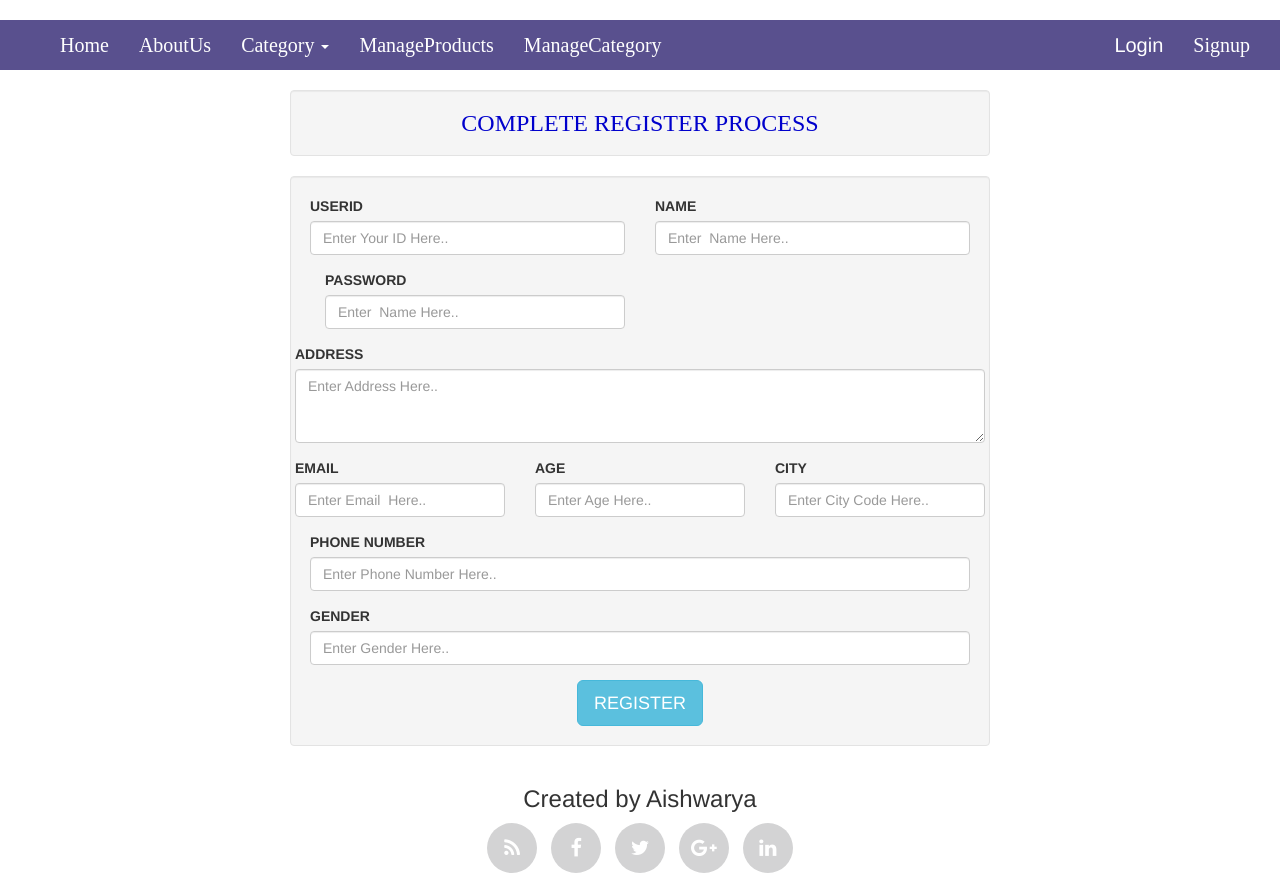
Repository: qwertuy/DTPROGRAMSPROJECTS
Page: http://localhost/Ecommerce/WEB-INF/views/registerpage.jsp
The author's editor kept a copy of each file at every save. The page is drawn from the files as they stood at one save, then again after the next save.
The browser window is 1280 px wide. The pictures show the whole page.
Some web libraries are served in a nearby version. The page is served by Tomcat 9. Nobody is signed in. Other server files are loaded and not shown. The template is opened directly, without the code that normally fills it, so the values that code supplies are empty.

Above is the page before, as saved 2018-03-18 09:33:33.
Console error: SyntaxError: Unexpected token '{'

### Ecommerce/src/main/webapp/WEB-INF/views/registerpage.jsp
<%@ page language="java" contentType="text/html; charset=ISO-8859-1"
    pageEncoding="ISO-8859-1"%>
    <%@ taglib uri="http://www.springframework.org/tags/form" prefix="form"%>
<%@ taglib uri="http://java.sun.com/jsp/jstl/core" prefix="c"%>
<!DOCTYPE html PUBLIC "-//W3C//DTD HTML 4.01 Transitional//EN" "http://www.w3.org/TR/html4/loose.dtd">
<html>
<head>
<meta http-equiv="Content-Type" content="text/html; charset=ISO-8859-1">
<title>Insert title here</title>
<!-- To Access the Bootstrap link -->
<link rel="stylesheet" href="https://maxcdn.bootstrapcdn.com/bootstrap/3.3.7/css/bootstrap.min.css">
<script src="https://ajax.googleapis.com/ajax/libs/jquery/3.2.1/jquery.min.js"></script>
<script src="https://maxcdn.bootstrapcdn.com/bootstrap/3.3.7/js/bootstrap.min.js"></script>
<link href="//maxcdn.bootstrapcdn.com/font-awesome/4.1.0/css/font-awesome.min.css" rel="stylesheet">
<link href=".resources/css/registerpage.css" rel="stylesheet"/>
<style type="text/css">
  .backgroundclr
  {
    background-color: #1a0000;
  }
</style>
</head>
<body>
<jsp:include page="header.jsp"></jsp:include>
<!-- Registration form here -->
<div class="container">
    <center><h3 class="well" style="font-family: Copperplate Gothic;font-style: bold;color:#0000cc">COMPLETE REGISTER PROCESS</h3></center>
	<div class="col-lg-12 well">
	<div class="row">
			<form  action="registerpage" method="post">
					<div class="col-sm-12">
						<div class="row">
							<div class="col-sm-6 form-group">
								<label>USERID</label>
								<input type="text" placeholder="Enter Your ID Here.." class="form-control" pattern="[0-9]+" required name="userid">
							</div>
							<div class="col-sm-6 form-group">
								<label>NAME</label>
								<input type="text" placeholder="Enter  Name Here.." class="form-control" pattern="^[a-zA-Z][a-zA-Z0-9-_\.]{1,20}$" required name="username">
							</div>
						</div>
						<div class="col-sm-6 form-group">
								<label>PASSWORD</label>
								<input type="text" placeholder="Enter  Name Here.." class="form-control"  pattern="[A-Za-z]+" required name="userpass">
							</div>
						</div>
						<div class="form-group">
							<label>ADDRESS</label>
							<textarea placeholder="Enter Address Here.." rows="3" class="form-control" pattern="^[a-zA-Z][a-zA-Z0-9-_\.]{1,20}$" required name="useraddress"></textarea>
						</div>
						<div class="row">
							<div class="col-sm-4 form-group">
								<label>EMAIL</label>
								<input type="text" placeholder="Enter Email  Here.." class="form-control" pattern="[a-z0-9._%+-]+@[a-z0-9.-]+\.[a-z]{2,4}$" required name="usermail">
							</div>
							<div class="col-sm-4 form-group">
								<label>AGE</label>
								<input type="text" placeholder="Enter Age Here.." class="form-control" required name="userage">
							</div>
							<div class="col-sm-4 form-group">
								<label>CITY</label>
								<input type="text" placeholder="Enter City Code Here.." class="form-control" pattern="^[a-zA-Z][a-zA-Z0-9-_\.]{1,20}$" required name="usercity">
							</div>
						</div>


						</div>
					<div class="form-group">
						<label>PHONE NUMBER</label>
						<input type="text" placeholder="Enter Phone Number Here.." class="form-control" pattern="^\{10}$" required name="userphone">
					</div>

					<div class="form-group">
						<label>GENDER</label>
						<input type="text" placeholder="Enter Gender Here.."  class="form-control" pattern="^[a-zA-Z][a-zA-Z0-9-_\.]{1,20}$" required name="usergen">

					</div>

					<center>
					<input type="submit" class="btn btn-lg btn-info" value="REGISTER"></input>	</center>
					</div>
				</form>
				</div>
	</div>
	 <!-- Footer of the webpages -->

 <jsp:include page="footer.jsp"></jsp:include>

	</div>
</body>
</html>

### Ecommerce/src/main/webapp/WEB-INF/views/header.jsp
<%@ page language="java" contentType="text/html; charset=ISO-8859-1"
    pageEncoding="ISO-8859-1"%>
    <%@ taglib prefix = "c" uri = "http://java.sun.com/jsp/jstl/core" %>
<!DOCTYPE html PUBLIC "-//W3C//DTD HTML 4.01 Transitional//EN" "http://www.w3.org/TR/html4/loose.dtd">
<html>
<head>
<meta http-equiv="Content-Type" content="text/html; charset=ISO-8859-1">
<title>BOHEMIAN</title>
 <link rel="stylesheet" href="https://maxcdn.bootstrapcdn.com/bootstrap/3.3.7/css/bootstrap.min.css">
  <script src="https://ajax.googleapis.com/ajax/libs/jquery/3.2.1/jquery.min.js"></script>
  <script src="https://maxcdn.bootstrapcdn.com/bootstrap/3.3.7/js/bootstrap.min.js"></script>
  <link href="//maxcdn.bootstrapcdn.com/font-awesome/4.1.0/css/font-awesome.min.css" rel="stylesheet">

<style type="text/css">
  .backgroundclr
  {
    background-color: #59508e;
  }
</style>

<!-- datatable -->
<link rel="stylesheet" href="https://maxcdn.bootstrapcdn.com/bootstrap/3.3.7/css/bootstrap.min.css" integrity="sha384-BVYiiSIFeK1dGmJRAkycuHAHRg32OmUcww7on3RYdg4Va+PmSTsz/K68vbdEjh4u" crossorigin="anonymous">

<link rel="stylesheet" type="text/css" href="./resources/css/dataTables.bootstrap.min.css"/>

<link rel="stylesheet" type="text/css" href="./resources/css/ss.css"/>


<link rel="stylesheet" type="text/css" href="./resources/css/datatables.css"/>


<link rel="stylesheet" type="text/css" href="./resources/css/datatables.min.css"/>

<script
  src="https://code.jquery.com/jquery-3.2.1.min.js"
  integrity="sha256-hwg4gsxgFZhOsEEamdOYGBf13FyQuiTwlAQgxVSNgt4="
  crossorigin="anonymous"></script>
  <script type="text/javascript" src="./resources/js/jquery.dataTables.min.js"></script>
<script type="text/javascript" src="./resources/js/dataTables.bootstrap.min.css"></script>

<script type="text/javascript">
$(document).ready(function(){
    $('.table').DataTable();
});
</script>
<!-- end -->
</head>
<body>
<nav class="backgroundclr">
	<div class="container-fluid">

		<div class="navbar-header">
			<button type="button" class="navbar-toggle collapsed"
				data-toggle="collapse" data-target="#bs-example-navbar-collapse-1"
				aria-expanded="false">
				<span class="sr-only">Toggle navigation</span> <span
					class="icon-bar"></span> <span class="icon-bar"></span> <span
					class="icon-bar"></span>
			</button>

			<a class="navbar-brand" href="./">
			<%-- 	<img src='<c:url value="./resources/images/boho.jpg" />' class="img-circle" width="50px" height="25px" /> --%>
			<%-- <img src="${pageContext.request.contextPath}/resources/images/weblog1.jpg" class="img-circle" width="50px" height="25px"/> --%>
			</a>
		</div>

		<div class="collapse navbar-collapse">
			<ul class="nav navbar-nav">
			  <li ><a href="" style="font-size:20px;color:white;font-family:Aharoni">Home</a></li>
				<li><a href="" style="font-size:20px;color:white;font-family:Aharoni">AboutUs</a></li>
				<li class="dropdown" style="font-family:Aharoni"><a href="#" class="dropdown-toggle" data-toggle="dropdown" role="button" aria-haspopup="true"
					aria-expanded="Aharoni"  style="font-size:20px;color:white">Category <span class="caret"></span></a>
					<ul class="dropdown-menu">

						<c:forEach items="${clist}" var="p">
						 <li><a href="categoryproductlist?id=${p.categoryid}">${p.categoryname}</a></li>
						 <%-- <li><a href='<c:url value="categoryproductlist?id=${p.categoryid}">${p.categoryname}"/>'</a></li> --%>
						</c:forEach>
						</li>

					</ul>

				</li>
					 <li style="font-family:Aharoni"><a href="<c:url value="/admin/add"/>" role="button" aria-haspopup="true"
					aria-expanded="false" style="font-size:20px;color:white">ManageProducts</a>

					<li style="font-family:Aharoni"><a href="<c:url value="/admin/add1"/>" role="button" aria-haspopup="true"
					aria-expanded="false" style="font-size:20px;color:white">ManageCategory</a>

					</li>


					</li>
					<!-- <li><a href="<c:url value="admin/productlistview"/>" style="font-family: fantasy;">PRODUCTLIST</a>-->
			</ul>


				<c:if test="${pageContext.request.userPrincipal.name  == 'admin'}">
                                <li><a href="<c:url value="/admin" />">Admin</a></li>
                 </c:if>
                 </ul>
			  <ul class="nav navbar-nav navbar-right">
			  <c:if test="${pageContext.request.userPrincipal.name == null }">
					<li>
					<%-- <a href=' <c:url value="/login" />'>Login</a> --%>
					</li>
					<li ><a href="<c:url value="admin/add"/>" role="button" aria-haspopup="Aharoni"
					aria-expanded="false" style="font-size:20px;color:white">Login</a> </li>
				<li style="font-family:Aharoni"><a href=' <c:url value="/reg" />'class="Aharoni" style="font-size:20px;color:white">Signup</a></li>

				</c:if>
				<c:if test="${pageContext.request.userPrincipal.name  != null}">
                               <li><a>Welcome: ${pageContext.request.userPrincipal.name}</a></li>
	              				<li><a href='<c:url value="/logout" />'>Signout</a></li>
                 </c:if>

				</ul>

		</div>
	</div>
</nav>
</body>
</html>

### Ecommerce/src/main/webapp/WEB-INF/views/footer.jsp
<%@ page language="java" contentType="text/html; charset=ISO-8859-1"
    pageEncoding="ISO-8859-1"%>
<!DOCTYPE html PUBLIC "-//W3C//DTD HTML 4.01 Transitional//EN" "http://www.w3.org/TR/html4/loose.dtd">
<html>
<head>
<meta http-equiv="Content-Type" content="text/html; charset=ISO-8859-1">
<title>BOHEMIAN</title>
<link rel="stylesheet" href="https://maxcdn.bootstrapcdn.com/bootstrap/3.3.7/css/bootstrap.min.css">
  <script src="https://ajax.googleapis.com/ajax/libs/jquery/3.2.1/jquery.min.js"></script>
  <script src="https://maxcdn.bootstrapcdn.com/bootstrap/3.3.7/js/bootstrap.min.js"></script>
  <link href="//maxcdn.bootstrapcdn.com/font-awesome/4.2.0/css/font-awesome.min.css" rel="stylesheet">
  <style type="text/css">


/*=========================
  Icons
 ================= */

/* footer social icons */
ul.social-network {
	list-style: none;
	display: inline;
	margin-left:0 !important;
	padding: 0;
}
ul.social-network li {
	display: inline;
	margin: 0 5px;
}


/* footer social icons */
.social-network a.icoRss:hover {
	background-color: #F56504;
}
.social-network a.icoFacebook:hover {
	background-color:#3B5998;
}
.social-network a.icoTwitter:hover {
	background-color:#33ccff;
}
.social-network a.icoGoogle:hover {
	background-color:#BD3518;
}
.social-network a.icoVimeo:hover {
	background-color:#0590B8;
}
.social-network a.icoLinkedin:hover {
	background-color:#007bb7;
}
.social-network a.icoRss:hover i, .social-network a.icoFacebook:hover i, .social-network a.icoTwitter:hover i,
.social-network a.icoGoogle:hover i, .social-network a.icoVimeo:hover i, .social-network a.icoLinkedin:hover i {
	color:#fff;
}
a.socialIcon:hover, .socialHoverClass {
	color:#44BCDD;
}

.social-circle li a {
	display:inline-block;
	position:relative;
	margin:0 auto 0 auto;
	-moz-border-radius:50%;
	-webkit-border-radius:50%;
	border-radius:50%;
	text-align:center;
	width: 50px;
	height: 50px;
	font-size:20px;
}
.social-circle li i {
	margin:0;
	line-height:50px;
	text-align: center;
}

.social-circle li a:hover i, .triggeredHover {
	-moz-transform: rotate(360deg);
	-webkit-transform: rotate(360deg);
	-ms--transform: rotate(360deg);
	transform: rotate(360deg);
	-webkit-transition: all 0.2s;
	-moz-transition: all 0.2s;
	-o-transition: all 0.2s;
	-ms-transition: all 0.2s;
	transition: all 0.2s;
}
.social-circle i {
	color: #fff;
	-webkit-transition: all 0.8s;
	-moz-transition: all 0.8s;
	-o-transition: all 0.8s;
	-ms-transition: all 0.8s;
	transition: all 0.8s;
}


  </style>
</head>
<body>
<center><h3>Created by Aishwarya</h3>
<!--Pulling Awesome Font -->



    			<div class="col-md-12">
                    <ul class="social-network social-circle">
                        <li><a href="#" class="icoRss" title="Rss" style="background-color: #D3D3D4"><i class="fa fa-rss"></i></a></li>
                        <li><a href="#" class="icoFacebook" title="Facebook" style="background-color: #D3D3D4"><i class="fa fa-facebook"></i></a></li>
                        <li><a href="#" class="icoTwitter" title="Twitter" style="background-color: #D3D3D4"><i class="fa fa-twitter"></i></a></li>
                        <li><a href="#" class="icoGoogle" title="Google +" style="background-color: #D3D3D4"><i class="fa fa-google-plus"></i></a></li>
                        <li><a href="#" class="icoLinkedin" title="Linkedin" style="background-color: #D3D3D4"><i class="fa fa-linkedin"></i></a></li>
                    </ul>
				</div>

</center>
</body>
</html>

### Ecommerce/src/main/webapp/resources/css/registerpage.css
/* Space out content a bit */
body {
  padding-top: 20px;
  padding-bottom: 20px;
}

/* Everything but the jumbotron gets side spacing for mobile first views */
.header,
.marketing,
.footer {
  padding-right: 15px;
  padding-left: 15px;
}

/* Custom page header */
.header {
  border-bottom: 1px solid #e5e5e5;
}
/* Make the masthead heading the same height as the navigation */
.header h3 {
  padding-bottom: 19px;
  margin-top: 0;
  margin-bottom: 0;
  line-height: 40px;
}

/* Custom page footer */
.footer {
  padding-top: 19px;
  color: #777;
  border-top: 1px solid #e5e5e5;
}

/* Customize container */
@media (min-width: 768px) {
  .container {
    max-width: 730px;
  }
}
.container-narrow > hr {
  margin: 30px 0;
}

/* Main marketing message and sign up button */
.jumbotron {
  text-align: center;
  border-bottom: 1px solid #e5e5e5;
}
.jumbotron .btn {
  padding: 14px 24px;
  font-size: 21px;
}

/* Supporting marketing content */
.marketing {
  margin: 40px 0;
}
.marketing p + h4 {
  margin-top: 28px;
}

/* Responsive: Portrait tablets and up */
@media screen and (min-width: 768px) {
  /* Remove the padding we set earlier */
  .header,
  .marketing,
  .footer {
    padding-right: 0;
    padding-left: 0;
  }
  /* Space out the masthead */
  .header {
    margin-bottom: 30px;
  }
  /* Remove the bottom border on the jumbotron for visual effect */
  .jumbotron {
    border-bottom: 0;
  }
}

### Ecommerce/src/main/webapp/resources/css/ss.css
@CHARSET "ISO-8859-1";
.c
{
	background: aqua;
}

Loaded but not shown: Ecommerce/src/main/webapp/resources/css/dataTables.bootstrap.min.css (library); Ecommerce/src/main/webapp/resources/css/datatables.css (common file); Ecommerce/src/main/webapp/resources/css/datatables.min.css (library); Ecommerce/src/main/webapp/resources/js/jquery.dataTables.min.js (library)

After the next save:
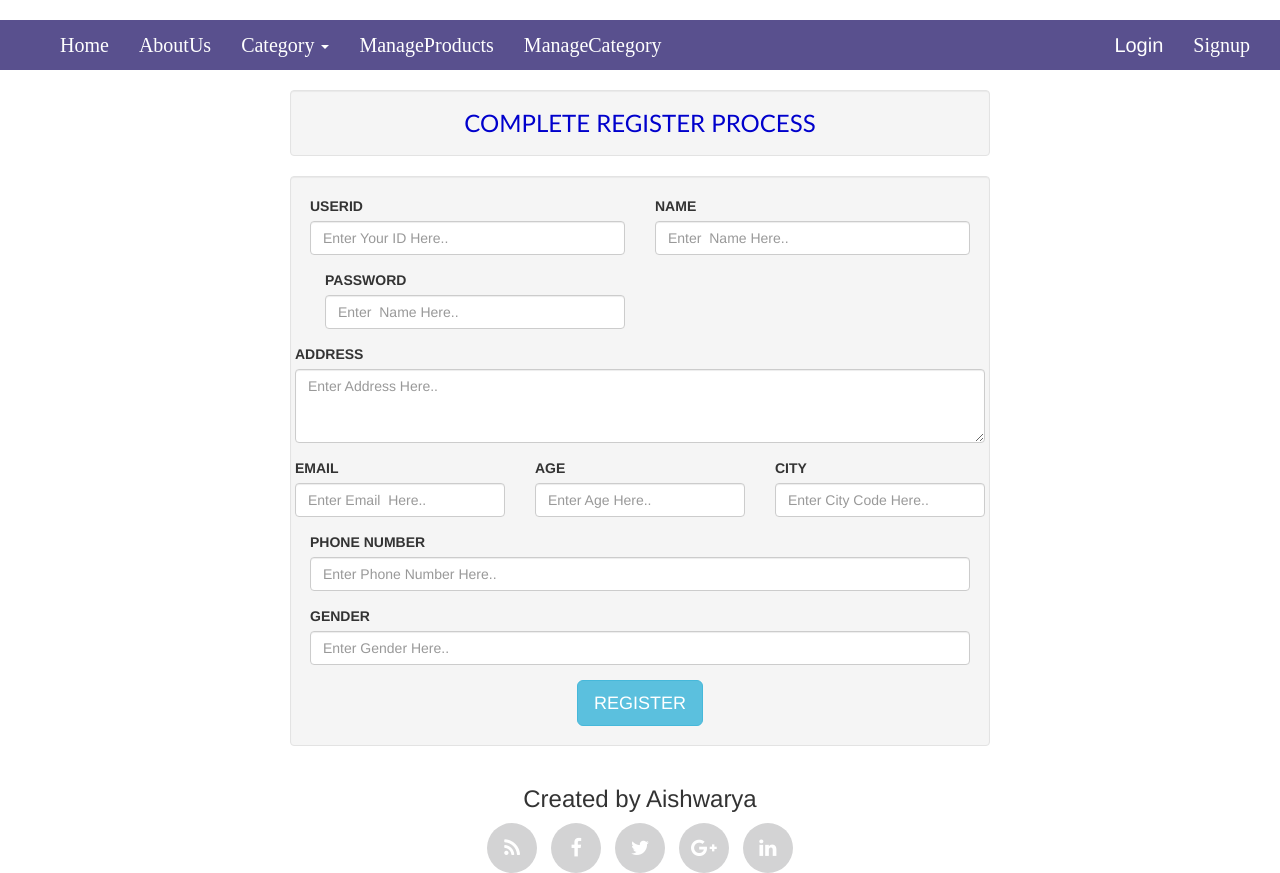
Saved 14 s later.
--- a/Ecommerce/src/main/webapp/WEB-INF/views/registerpage.jsp
+++ b/Ecommerce/src/main/webapp/WEB-INF/views/registerpage.jsp
@@ -24,7 +24,7 @@
 <jsp:include page="header.jsp"></jsp:include>
 <!-- Registration form here -->
 <div class="container">
-    <center><h3 class="well" style="font-family: Copperplate Gothic;font-style: bold;color:#0000cc">COMPLETE REGISTER PROCESS</h3></center>
+    <center><h3 class="well" style="font-family: Calibri;font-style: bold;color:#0000cc">COMPLETE REGISTER PROCESS</h3></center>
 	<div class="col-lg-12 well">
 	<div class="row">
 			<form  action="registerpage" method="post">
